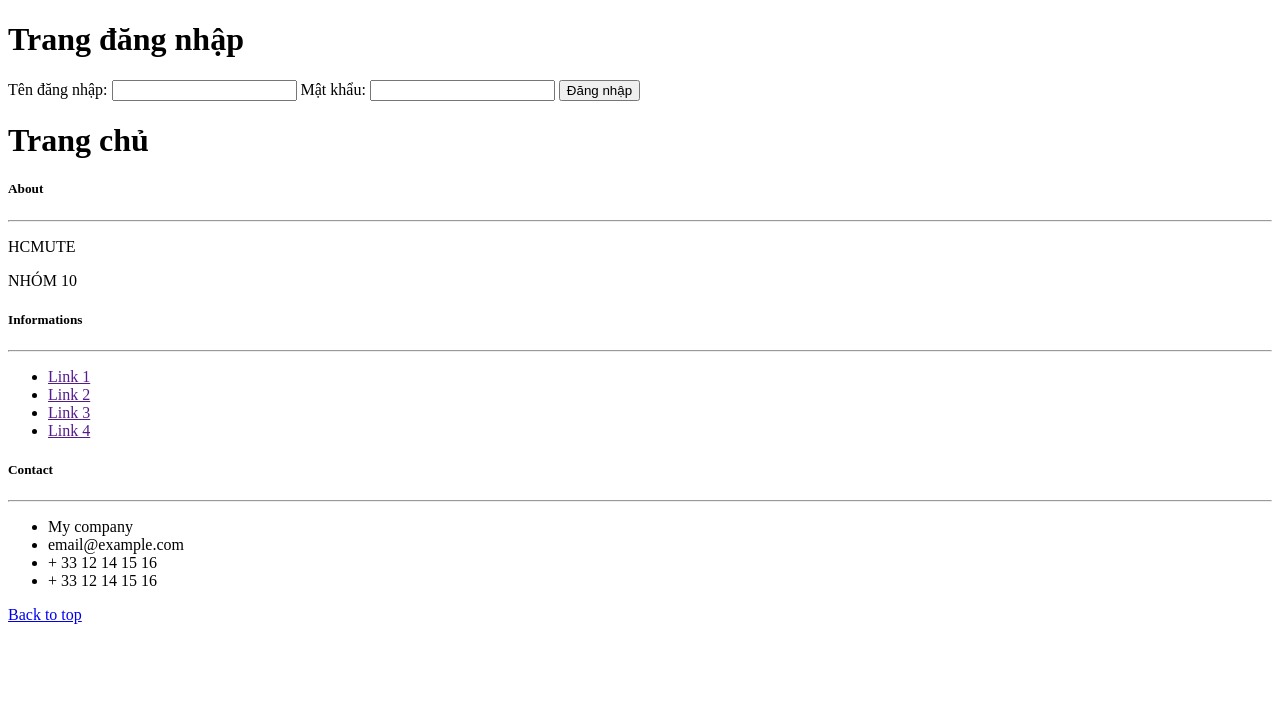
Repository: vule2809/LTW-20146307
Page: Banxemay_nhom10/src/main/webapp/index.html
The author's editor kept a copy of each file at every save. The page is drawn from the files as they stood at one save, then again after the next save.
The browser window is 1280 px wide. The pictures show the whole page.

Above is the page before, as saved 2023-12-10 11:14:02.

After the next save:
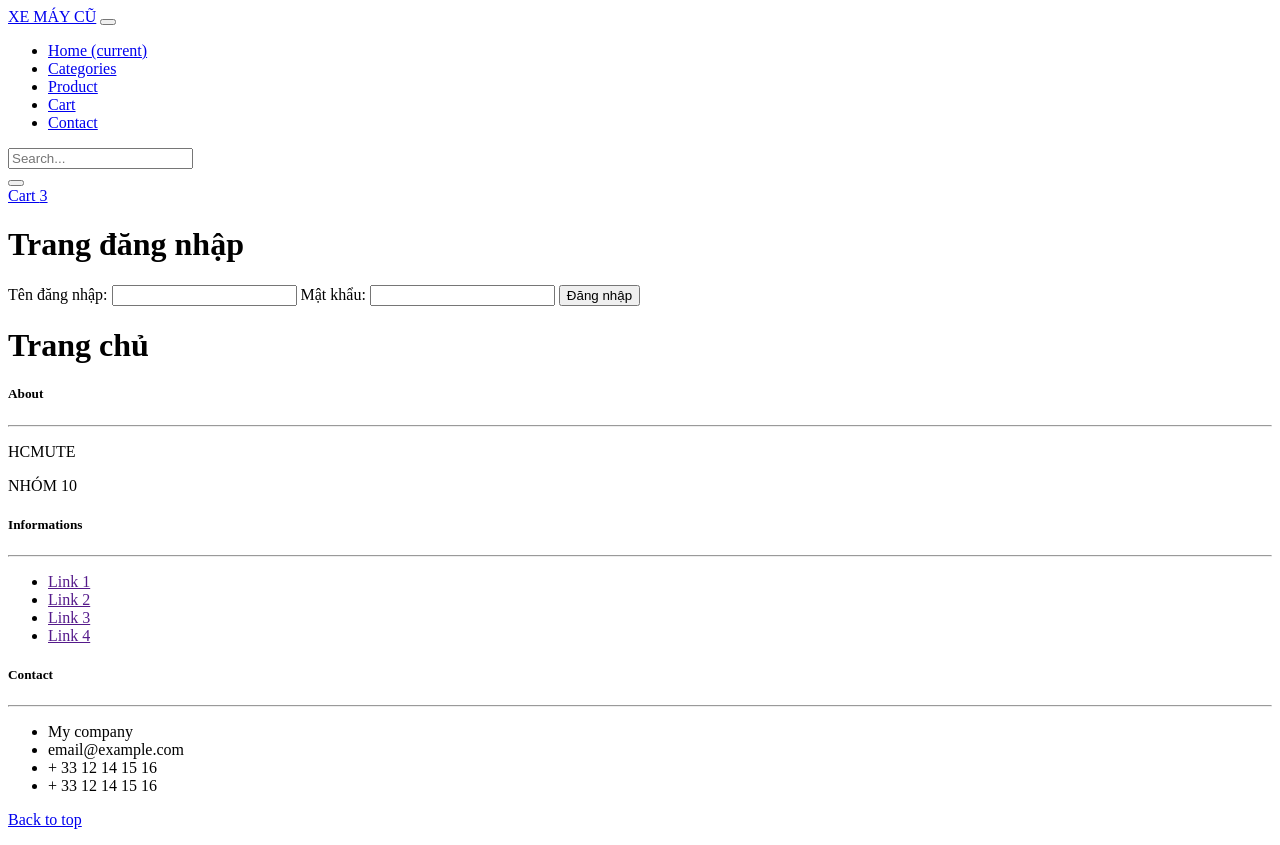
Saved 36 s later.
--- a/Banxemay_nhom10/src/main/webapp/index.html
+++ b/Banxemay_nhom10/src/main/webapp/index.html
@@ -9,6 +9,51 @@
 <body>
 
 	<header>
+
+		<nav class="navbar navbar-expand-md navbar-dark bg-dark">
+			<div class="container">
+				<a class="navbar-brand" href="index.html">XE MÁY CŨ</a>
+				<button class="navbar-toggler" type="button" data-toggle="collapse" data-target="#navbarsExampleDefault"
+					aria-controls="navbarsExampleDefault" aria-expanded="false" aria-label="Toggle navigation">
+					<span class="navbar-toggler-icon"></span>
+				</button>
+
+				<div class="collapse navbar-collapse justify-content-end" id="navbarsExampleDefault">
+					<ul class="navbar-nav m-auto">
+						<li class="nav-item active">
+							<a class="nav-link" href="#">Home <span class="sr-only">(current)</span></a>
+						</li>
+						<li class="nav-item">
+							<a class="nav-link" href="category.html">Categories</a>
+						</li>
+						<li class="nav-item">
+							<a class="nav-link" href="product.html">Product</a>
+						</li>
+						<li class="nav-item">
+							<a class="nav-link" href="product.html">Cart</a>
+						</li>
+						<li class="nav-item">
+							<a class="nav-link" href="contact.html">Contact</a>
+						</li>
+					</ul>
+
+					<form class="form-inline my-2 my-lg-0">
+						<div class="input-group input-group-sm">
+							<input type="text" class="form-control" placeholder="Search...">
+							<div class="input-group-append">
+								<button type="button" class="btn btn-secondary btn-number">
+									<i class="fa fa-search"></i>
+								</button>
+							</div>
+						</div>
+						<a class="btn btn-success btn-sm ml-3" href="cart.html">
+							<i class="fa fa-shopping-cart"></i> Cart
+							<span class="badge badge-light">3</span>
+						</a>
+					</form>
+				</div>
+			</div>
+		</nav>
 
 	</header>
 
